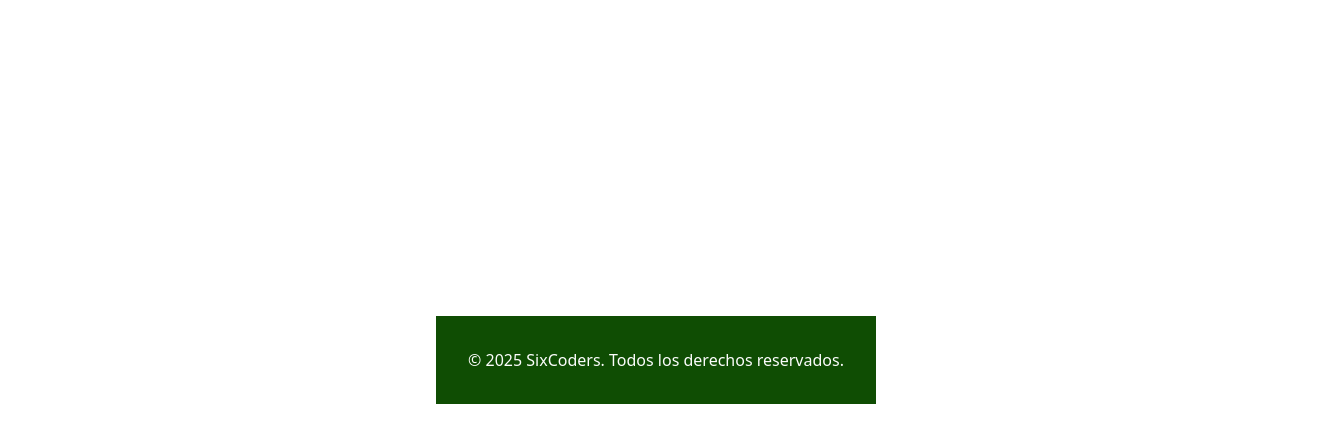
Repository: gaizkamg/cadena-de-postales-FRONT
Page: /dashboard
The author's editor kept a copy of each file at every save. The page is drawn from the files as they stood at one save, then again after the next save.
The browser window is 1280 px wide. The page is 1280 px wide, then 1344 px, so the pictures cover 1344 px, including what lies to the right of the window. The pictures show the whole page.
The project was rebuilt for these pictures with package versions that can differ from the ones it lists, and the page was loaded fresh each time. Also part of the build but not shown: vite.config.js.

Above is the page before, as saved 2025-05-21 08:48:12.

After the next save:
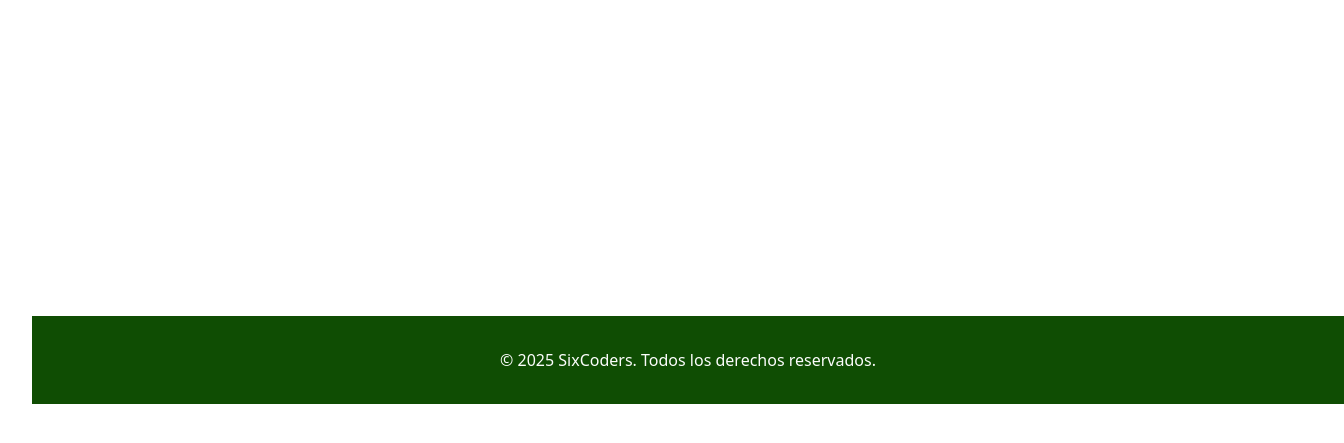
Saved 25 min 30 s later.
--- a/src/components/Footer.vue
+++ b/src/components/Footer.vue
@@ -10,7 +10,7 @@
 
 <style scoped>
 .footer {
-  width: 100%;
+width: 100vw;
   background-color: #0f4d03;
   padding: 1rem;
   color: #fcfdfc;
